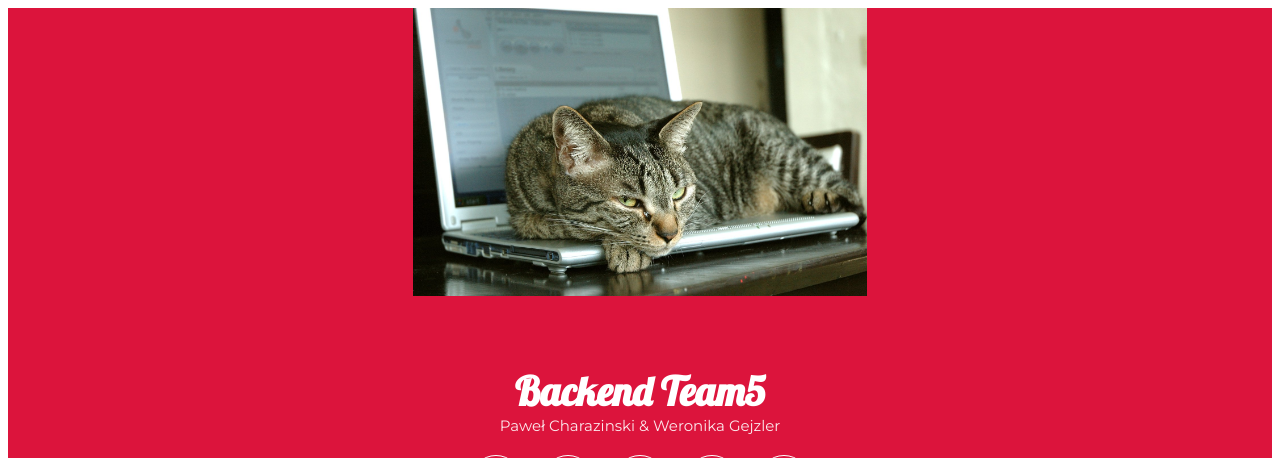
Repository: pietruszka/cc_proj1
Page: index.html
The author's editor kept a copy of each file at every save. The page is drawn from the files as they stood at one save, then again after a run of saves.
The browser window is 1280 px wide. The pictures show the part of the page from y = 0 to 458 px (the page is 1111 px tall).
Pictures or frames that could not be fetched are drawn as grey boxes. Some web libraries are served in a nearby version.

Above is the page before, as saved 2018-11-18 19:36:01.

After the next 4 saves:
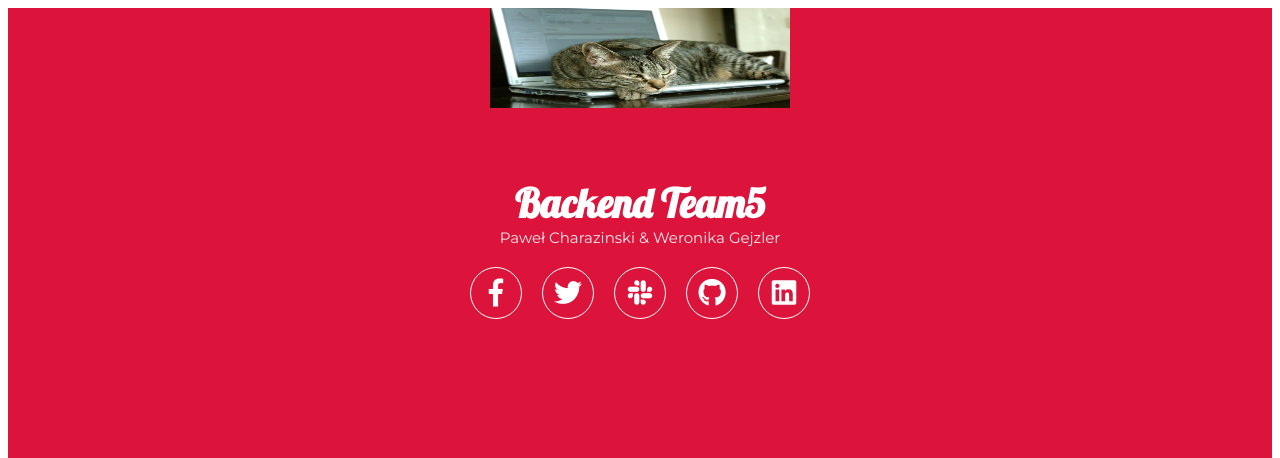
The 4 saves are shown as one change because they came seconds apart.
The last was saved 24 s later.
--- a/style.css
+++ b/style.css
@@ -27,8 +27,8 @@
 }
 #photo1{
 
-   width: 100%;
-   height: 40vh;
+   width: 300px;
+   height: 100px;
 
 }
 
